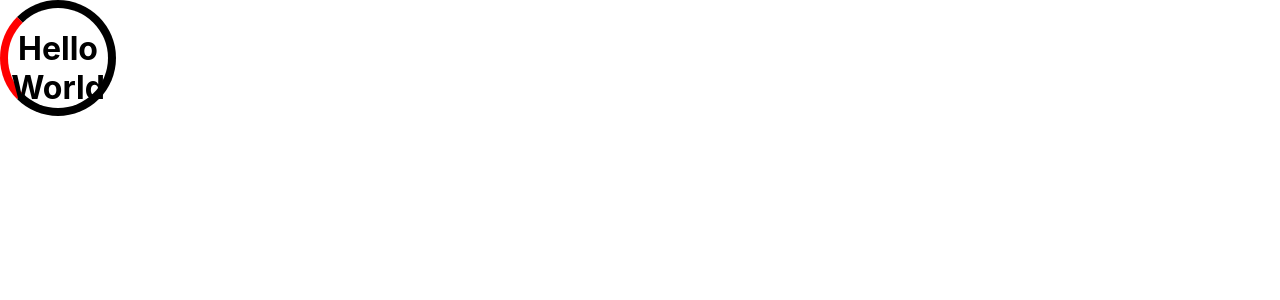
Repository: DeepikaSuretek/React
Page: / (app in practice-app/)
The author's editor kept a copy of each file at every save. The page is drawn from the files as they stood at one save, then again after the next save.
The browser window is 1280 px wide. The pictures show the whole page.
The project was rebuilt for these pictures with package versions that can differ from the ones it lists, and the page was loaded fresh each time.

Above is the page before, as saved 2024-07-08 17:39:50.

After the next save:
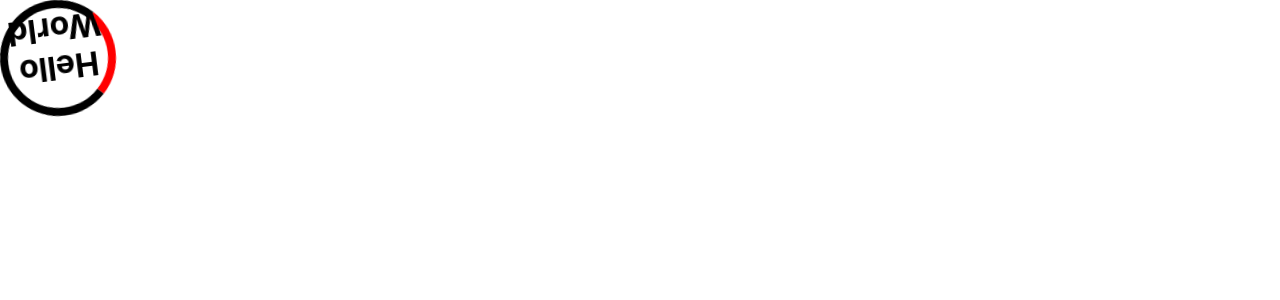
Saved 6 s later.
--- a/practice-app/src/App.css
+++ b/practice-app/src/App.css
@@ -43,5 +43,5 @@
   border: 8px solid;
   border-color: black black black red;
   border-radius: 50%;
-  animation: App-logo-spin 0 linear infinite;
+  animation: App-logo-spin 1s linear infinite;
 }
